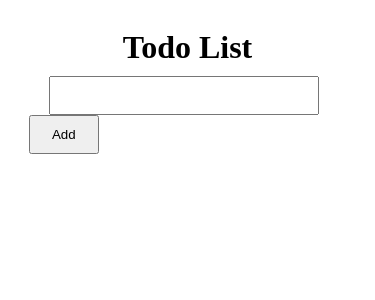
Repository: TENSAEA/----todo
Page: index.html
These files come from the project's save history. The page is drawn as it stood at one moment and after the next save; the edit follows.
The browser window is 375 px wide. The pictures show the whole page.

Above is the page before, as saved 2023-10-12 21:18:45.

### index.html
<!DOCTYPE html>
<html lang="en">
  <head>
    <meta charset="UTF-8" />
    <meta name="viewport" content="width=device-width, initial-scale=1.0" />
    <title>TodoList</title>
    <link rel="stylesheet" href="style.css" />
  </head>
  <body>
    <div class="container">
      <h1>Todo List</h1>
      <div class="header">
        <form class="form">
          <input type="text" id="add" />
          <label for="add"><button id="addBtn">Add</button></label>
        </form>
      </div>
      <div class="list-div">
        <!-- <div class="list-hide">
          <ul class="list">
            <li>
              <input class="list-text" type="text" id="edit" readonly />
              <label for="edit">
                <button class="edit">Edit</button
                ><button class="delete">Delete</button>
              </label>
            </li>
          </ul>
        </div> -->
      </div>
    </div>
    <script src="script.js"></script>
  </body>
</html>

### style.css
*{
   box-sizing:border-box;
   margin:0;
   padding:0;
}

.container{
    display: flex;
    flex-direction: column;
    padding: 5%;
}

.container h1{
    padding:10px;
    text-align:center;
}

.header{
    padding-bottom: 20px;
}

#add{
    padding: 10px;
    width:80%;
    margin-left:30px;
}
.form label button{
    padding:10px;
    width:70px;
    margin-left:10px;
    cursor: pointer;
}

.list{
    padding-bottom: 20px;
}

.list li{
    list-style-type: none;
}

.list-div .list li .list-text{
    padding: 10px;
    width:60%;
    margin-left:60px;
}
.edit,.delete{
    padding:10px;
    width:70px;
    margin-left:10px;
    cursor: pointer;
}

### script.js
window.addEventListener("load", () => {
  let addInput = document.getElementById("add");
  let addBtn = document.getElementById("addBtn");

  addBtn.addEventListener("click", (e) => {
    e.preventDefault();
    console.log("clicked");
    let list = document.querySelector(".list-div");
    let ul = document.createElement("ul");
    ul.classList.add("list");
    let li = document.createElement("li");
    ul.appendChild(li);
    let input = document.createElement("input");
    input.classList.add("list-text");
    input.type = "text";
    input.id = "edit";
    input.setAttribute("readonly", "readonly");
    input.value = addInput.value;
    li.appendChild(input);

    let label = document.createElement("label");
    label.setAttribute("for", "edit");
    li.appendChild(label);
    let buttonOne = document.createElement("button");
    buttonOne.classList.add("edit");
    buttonOne.textContent = "Edit";
    label.appendChild(buttonOne);
    let buttonTwo = document.createElement("button");
    buttonTwo.classList.add("delete");
    buttonTwo.textContent = "Delete";
    label.appendChild(buttonTwo);

    let listHide = document.createElement("div");
    listHide.classList.add("list-hide");

    listHide.appendChild(ul);
    list.appendChild(listHide);

    buttonOne.addEventListener("click", () => {
      if (buttonOne.textContent.toLowerCase() == "edit") {
        input.removeAttribute("readonly");
        buttonOne.textContent = "Save";
        input.focus();
      } else {
        input.setAttribute("readonly", "readonly");
        buttonOne.textContent = "Edit";
      }
    });

    buttonTwo.addEventListener("click", () => {
      list.removeChild(listHide);
    });
  });
});

After the next save:
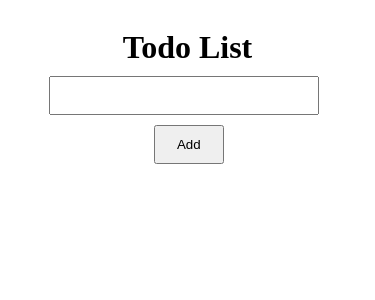
Saved 13 min 25 s later.
--- a/style.css
+++ b/style.css
@@ -50,3 +50,13 @@
     margin-left:10px;
     cursor: pointer;
 }
+
+@media (max-width:636px){
+    .form label button{
+        padding:10px;
+        width:70px;
+        margin:3% 40%;
+        cursor: pointer;
+    }
+
+    }
